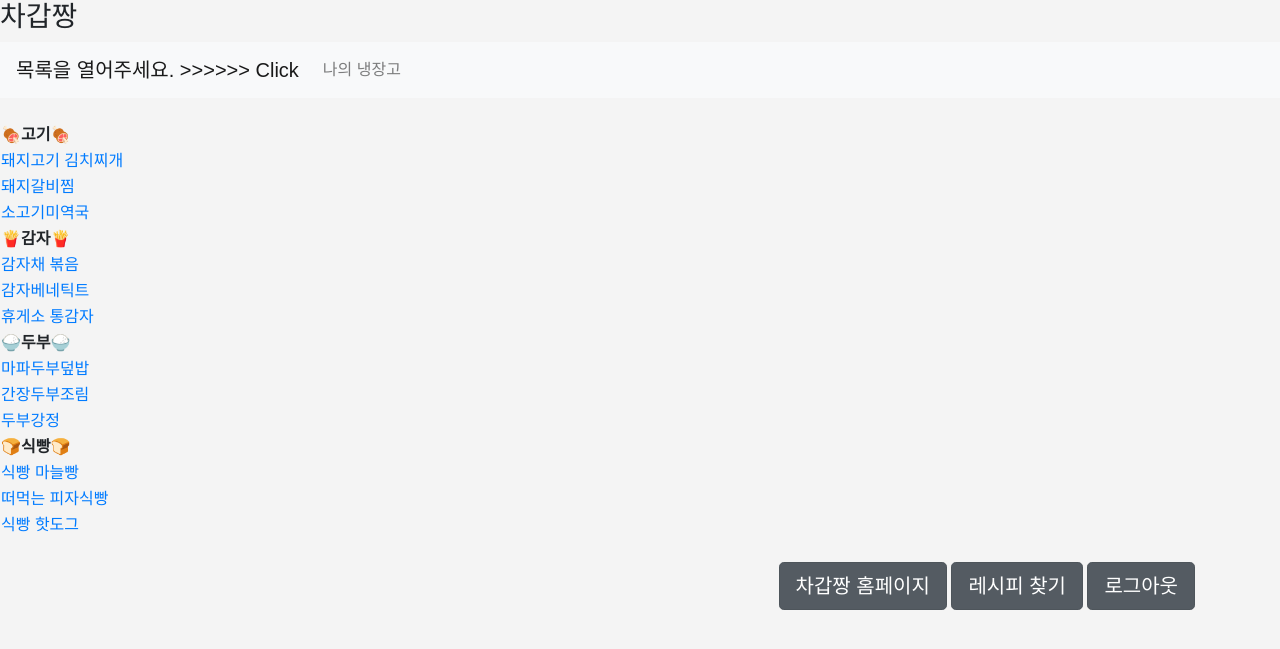
Repository: yousunning/coldzzang-miniproject
Page: http://localhost/cold/WEB-INF/views/gogi.jsp
An editor plug-in stored every save of this project. The page is shown before and after the next save, followed by the edit.
The browser window is 1280 px wide. The pictures show the whole page.
The page is served by Tomcat 9. Nobody is signed in. The template is opened directly, without the code that normally fills it, so the values that code supplies are empty.

Above is the page before, as saved 2024-01-23 08:38:11.

After the next save:
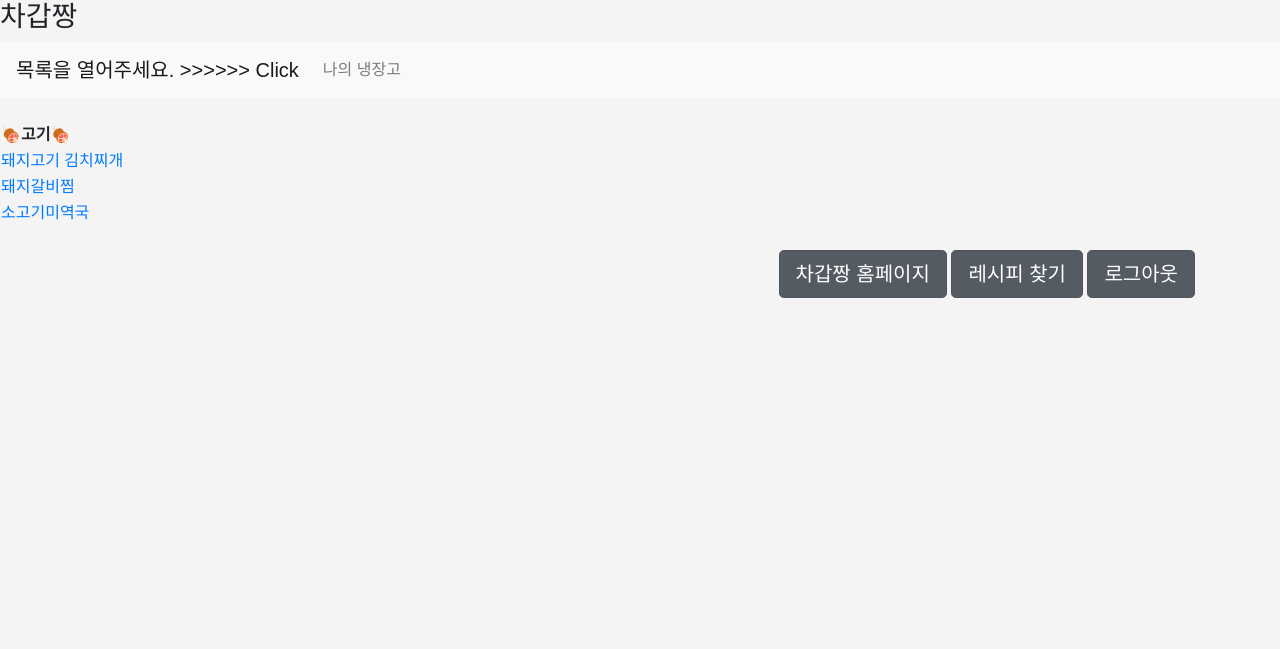
Saved 14 s later.
--- a/cold/src/main/webapp/WEB-INF/views/gogi.jsp
+++ b/cold/src/main/webapp/WEB-INF/views/gogi.jsp
@@ -48,43 +48,6 @@
   <tr>
     <td><a href="https://www.10000recipe.com/recipe/6873683" role="button" aria-pressed="true">소고기미역국</a></td>
   </tr>
-
-  <!-- Potato Dishes Section -->
-  <tr>
-    <th>🍟감자🍟</th>
-  </tr>
-  <tr>
-    <td><a href="https://www.10000recipe.com/recipe/4007561" role="button" aria-pressed="true">감자채 볶음</a></td>
-  </tr>
-  <tr>
-    <td><a href="https://www.10000recipe.com/recipe/6987503" role="button" aria-pressed="true">감자베네틱트</a></td>
-  </tr>
-  <tr>
-    <td><a href="https://www.10000recipe.com/recipe/6830079" role="button" aria-pressed="true">휴게소 통감자</a></td>
-  </tr>
-  <tr>
-  <th>🍚두부🍚</th>
-  </tr>
-  <tr>
-  <td><a href ="https://www.10000recipe.com/recipe/6830294" role="button" aria-pressed="ture">마파두부덮밥</a></td>
-  </tr>
-  <tr>
-  <td><a href ="https://www.10000recipe.com/recipe/6836561" role="button" aria-pressed="ture">간장두부조림</a></td>
-  </tr>
-  <tr>
-  <td><a href ="https://www.10000recipe.com/recipe/6892065" role="button" aria-pressed="ture">두부강정</a></td>
-  </tr>
-    <th>🍞식빵🍞</th>
-  </tr>
-  <tr>
-  <td><a href ="https://www.10000recipe.com/recipe/6833972" role="button" aria-pressed="ture">식빵 마늘빵</a></td>
-  </tr>
-  <tr>
-  <td><a href ="https://www.10000recipe.com/recipe/6882613" role="button" aria-pressed="ture">떠먹는 피자식빵</a></td>
-  </tr>
-  <tr>
-  <td><a href ="https://www.10000recipe.com/recipe/6857983" role="button" aria-pressed="ture">식빵 핫도그</a></td>
-  </tr>
 </table>
 
     <!-- 메인 컨텐츠 -->
